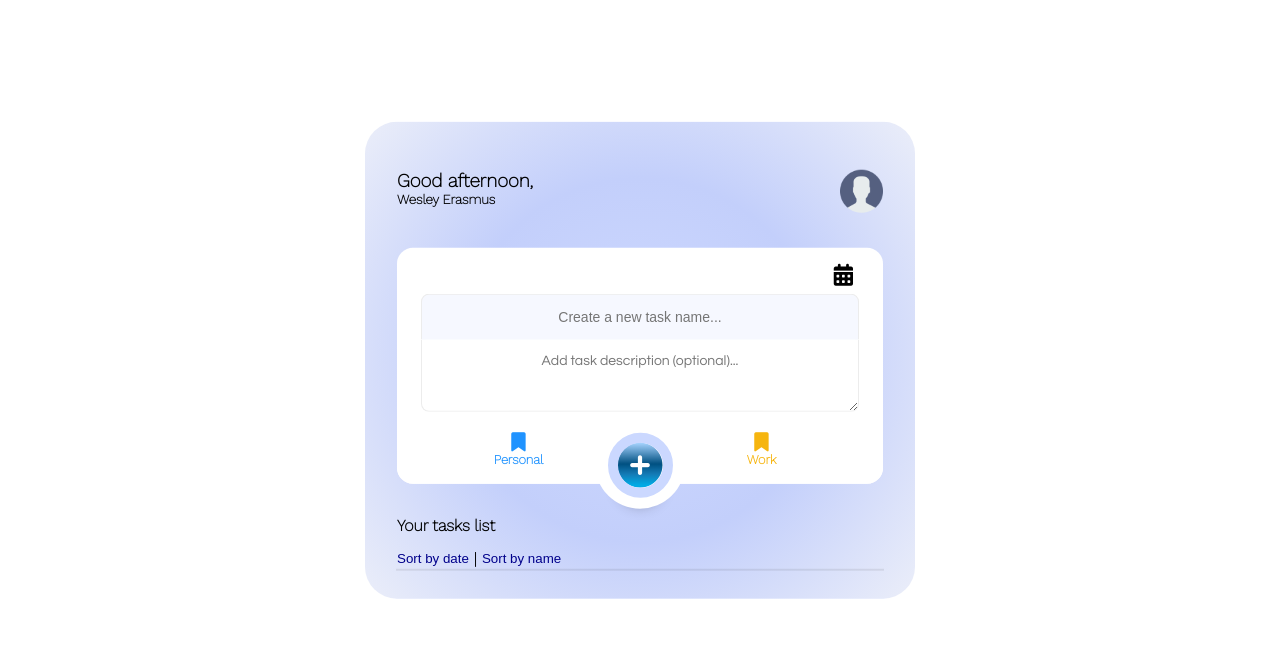
Repository: WesleyErasmus/Todo-App
Page: todoApp.html
The author's editor kept a copy of each file at every save. The page is drawn from the files as they stood at one save, then again after the next save.
The browser window is 1280 px wide. The pictures show the whole page.
Some web libraries are served in a nearby version.

Above is the page before, as saved 2022-06-21 21:22:49.

After the next save:
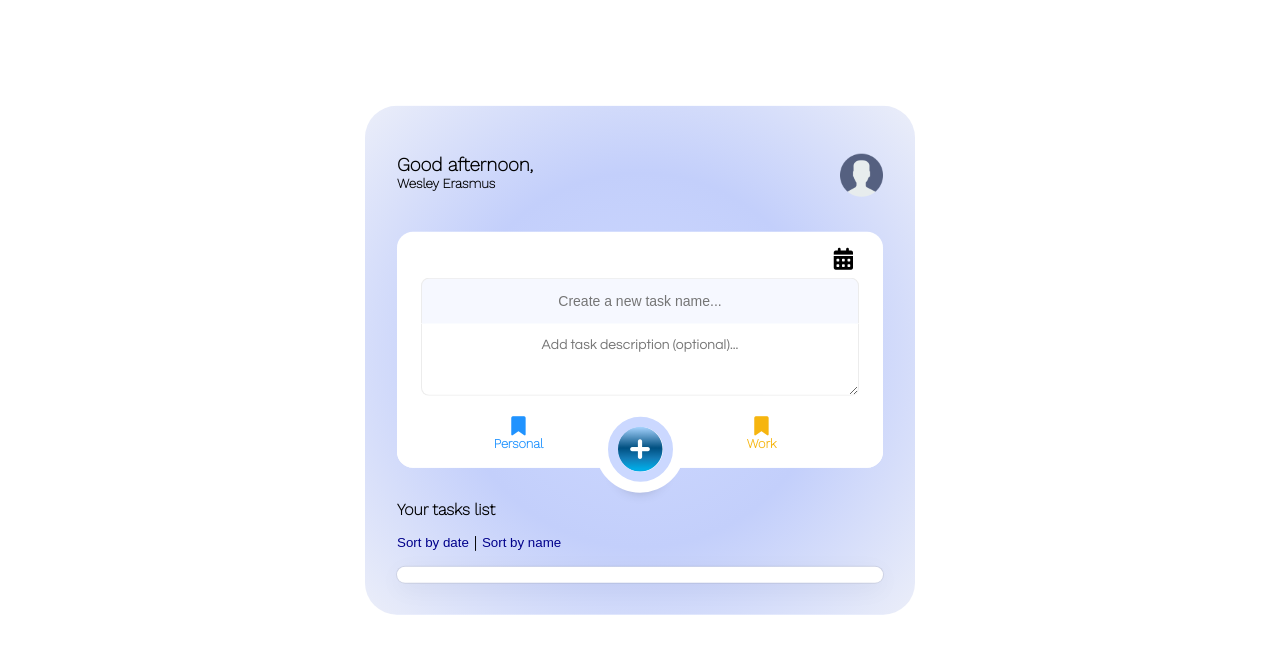
Saved 19 s later.
--- a/source/css/todoApp.css
+++ b/source/css/todoApp.css
@@ -407,8 +407,8 @@ option {
 /* TASK LIST WHERE NEW TASKS ARE DISPLAYED */
 #task-list {
   border-radius: 1rem;
-  padding-top: -1rem;
-  padding-bottom: -1rem;
+  margin-top: 1rem;
+  padding-bottom: 1rem;
   background-color: var(--light-background);
   box-shadow: var(--box-shadow);
 }

After the save that followed:
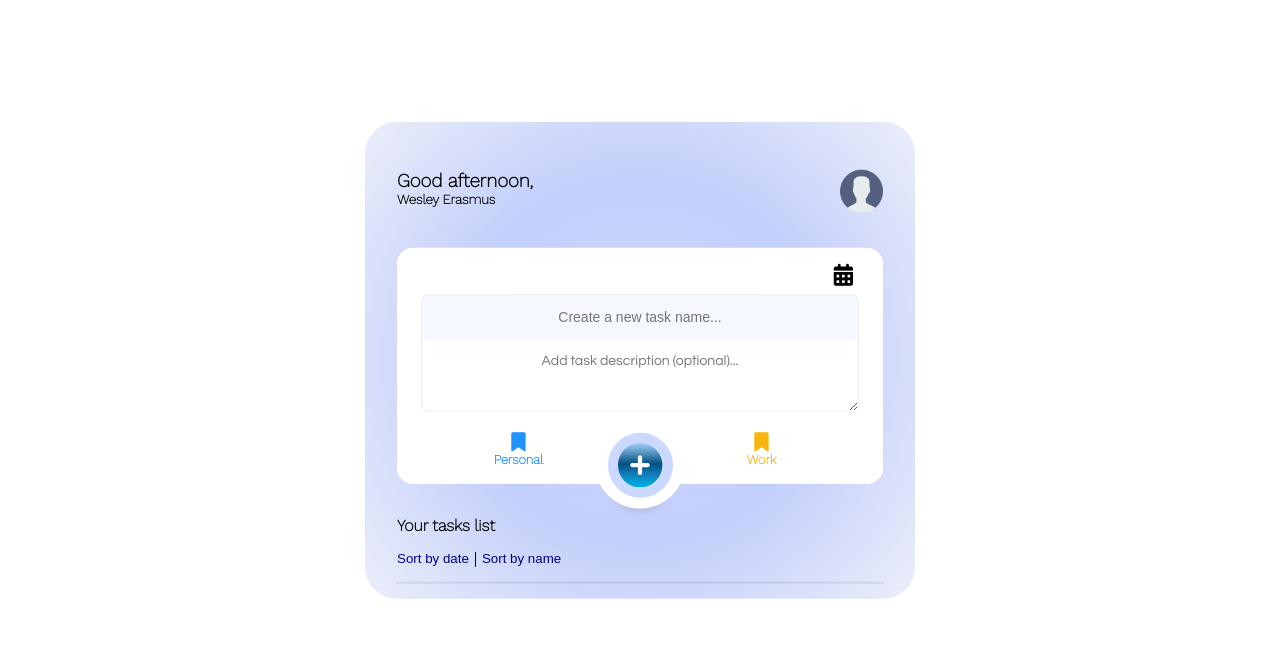
Saved 9 s later.
--- a/source/css/todoApp.css
+++ b/source/css/todoApp.css
@@ -408,7 +408,7 @@ option {
 #task-list {
   border-radius: 1rem;
   margin-top: 1rem;
-  padding-bottom: 1rem;
+  margin-bottom: 1rem;
   background-color: var(--light-background);
   box-shadow: var(--box-shadow);
 }
